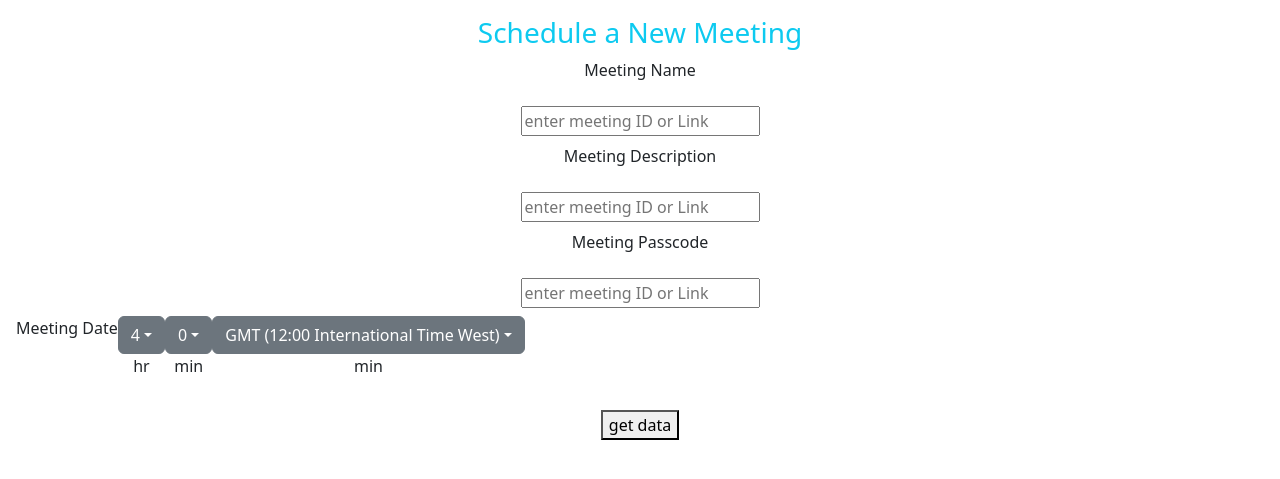
Repository: sreech465/myexam
Page: /smeet
An editor plug-in stored every save of this project. The page is shown before and after the next save, followed by the edit.
The browser window is 1280 px wide. The pictures show the whole page.
The project was rebuilt for these pictures with package versions that can differ from the ones it lists, and the page was loaded fresh each time. Also part of the build but not shown: src/Details.js, src/Jmeet.js, src/Joinmeet.js.

Above is the page before, as saved 2023-01-14 16:42:02.

After the next save:
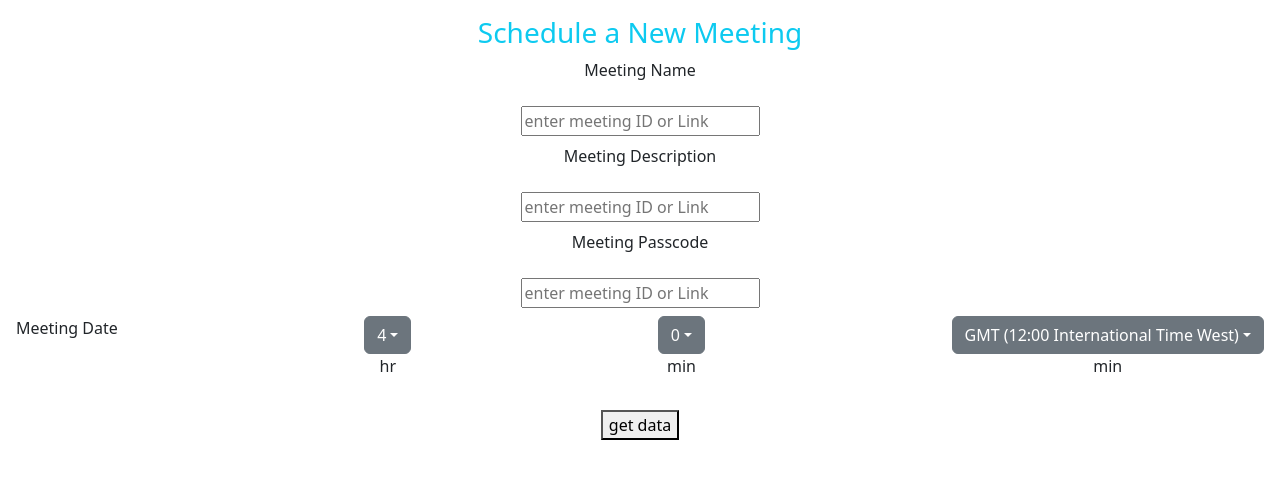
Saved 22 s later.
--- a/src/Smeet.js
+++ b/src/Smeet.js
@@ -62,7 +62,7 @@ const Smeet = () => {
             setDet(e.target.value);
           }}
         />
-        <div style={{ display: "flex" }}>
+        <div style={{ display: "flex", justifyContent: "space-between" }}>
           <p>Meeting Date</p>
           <div class="dropdown">
             <button
